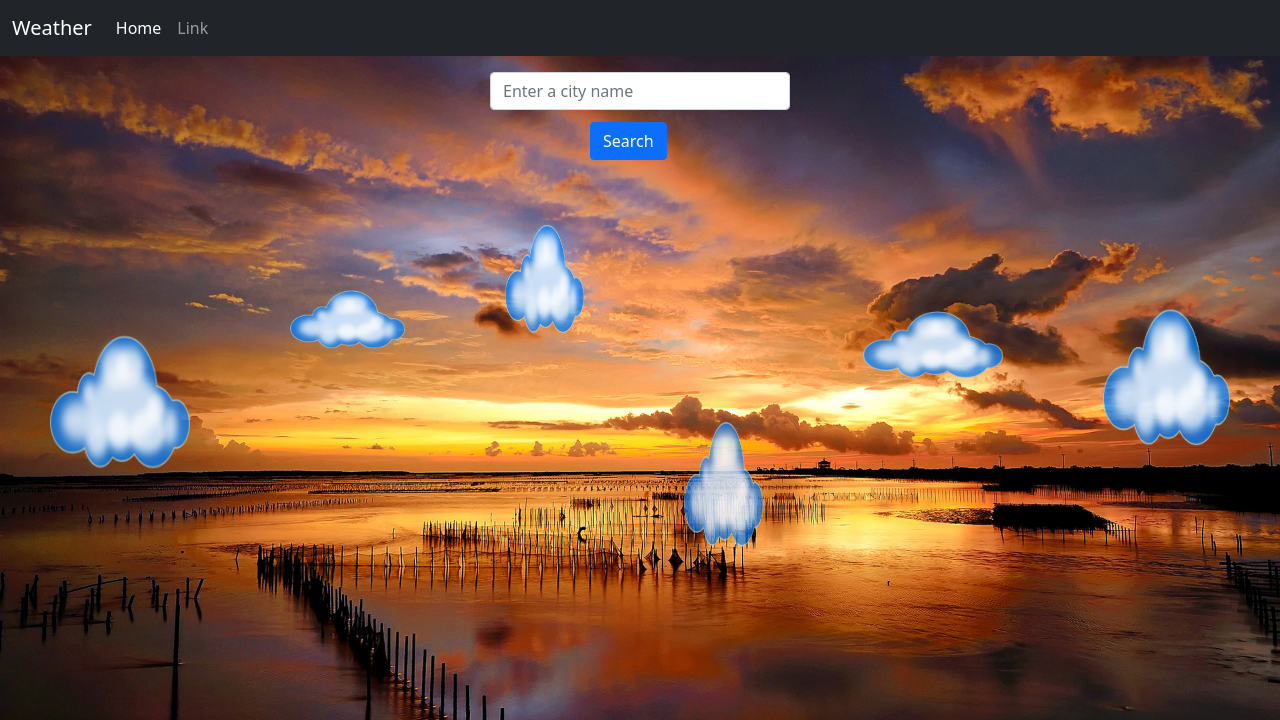
Repository: rohitbharti258/Project_Weather_finder
Page: index.html
An editor plug-in stored every save of this project. The page is shown before and after the next save, followed by the edit.
The browser window is 1280 px wide. The pictures show the whole page.

Above is the page before, as saved 2022-02-28 13:25:28.

### index.html
<!DOCTYPE html>
<html lang="en">

<head>
    <meta charset="UTF-8">
    <meta http-equiv="X-UA-Compatible" content="IE=edge">
    <meta name="viewport" content="width=device-width, initial-scale=1.0">
    <title>Weather App</title>
    <link rel="stylesheet" href="style.css">
    <link href="https://cdn.jsdelivr.net/npm/bootstrap@5.1.3/dist/css/bootstrap.min.css" rel="stylesheet"
        integrity="sha384-1BmE4kWBq78iYhFldvKuhfTAU6auU8tT94WrHftjDbrCEXSU1oBoqyl2QvZ6jIW3" crossorigin="anonymous">
</head>

<body>
    <nav class="navbar navbar-expand-lg navbar-dark bg-dark">
        <div class="container-fluid">
            <a class="navbar-brand" href="#">Weather</a>
            <button class="navbar-toggler" type="button" data-bs-toggle="collapse"
                data-bs-target="#navbarSupportedContent" aria-controls="navbarSupportedContent" aria-expanded="false"
                aria-label="Toggle navigation">
                <span class="navbar-toggler-icon"></span>
            </button>
            <div class="collapse navbar-collapse" id="navbarSupportedContent">
                <ul class="navbar-nav me-auto mb-2 mb-lg-0">
                    <li class="nav-item">
                        <a class="nav-link active" aria-current="page" href="#">Home</a>
                    </li>
                    <li class="nav-item">
                        <a class="nav-link" href="#">Link</a>
                    </li>
                </ul>
            </div>
        </div>
    </nav>
    <div class="cloud">
        <img class="animae" src="./cloud.png" alt="" srcset="">
        <img class="animae" src="./cloud.png" alt="" srcset="">
        <img class="animae" src="./cloud.png" alt="" srcset="">
        <img class="animae" src="./cloud.png" alt="" srcset="">
        <img class="animae" src="./cloud.png" alt="" srcset="">
        <img class="animae" src="./cloud.png" alt="" srcset="">
    </div>
    <div class="container my-3">
        <div class="form">
        <!-- <form class="row g-3 ">  -->
            <div class="col-auto" style="width: 300px;">
                <input type="text" class="form-control" id="inputPassword2" placeholder="Enter a city name">
            </div>
            <div class="col-auto">
                <button type="submit" class="btn btn-primary mb-3">Search</button>
            </div>
        <!-- </form> -->
        </div>
    <!-- </div> -->
    <div class="weatherBox">

    </div>
    </div>
    <script src="index.js"></script>
    <!-- <script src="https://cdn.jsdelivr.net/npm/@popperjs/core@2.10.2/dist/umd/popper.min.js"
        integrity="sha384-7+zCNj/IqJ95wo16oMtfsKbZ9ccEh31eOz1HGyDuCQ6wgnyJNSYdrPa03rtR1zdB"
        crossorigin="anonymous"></script>
    <script src="https://cdn.jsdelivr.net/npm/bootstrap@5.1.3/dist/js/bootstrap.min.js"
        integrity="sha384-QJHtvGhmr9XOIpI6YVutG+2QOK9T+ZnN4kzFN1RtK3zEFEIsxhlmWl5/YESvpZ13"
        crossorigin="anonymous"></script>
    <script type="module" src="https://unpkg.com/ionicons@5.5.2/dist/ionicons/ionicons.esm.js"></script>
    <script nomodule src="https://unpkg.com/ionicons@5.5.2/dist/ionicons/ionicons.js"></script> -->
</body>

<!-- // <img src="https://img.icons8.com/color/48/000000/wet.png"/>
// <img src="https://img.icons8.com/color/48/000000/partly-cloudy-day--v1.png"/>
// <img src="https://img.icons8.com/color/48/000000/rain--v2.png"/>  -->


</html>

### style.css
body {
    /* background:linear-gradient(180deg,#5959b3 0%,skyBlue 100%); */
    background: url("./img/bgimg.jpg");
    /* background: url("https://cdn.wallpapersafari.com/43/51/iQEfDy.jpg"); */
    background-repeat: no-repeat;
    background-size: cover;
    width: 100vw;
    height: 100vh;
}

.form {
    width: 300px;
    margin: 0 auto;
}
.cloud{
    display: flex;
    justify-content: space-around;
    align-items: center;
    position: absolute;
    bottom:0px;
    min-width:100%;
    transition: all 0.4s;

}

.cloud img{
    width:150px;
    height:100px;
    opacity:0;
    animation: cloud 7s linear infinite;
}
@keyframes cloud {
    0%{
        transform: translateY(0);
        opacity:0;
    }
    10%,20%{
        opacity:0.3;
    }
    30%,50%{

        opacity:1;
    }
    70%{

        opacity:1;
    }
    100%{
        transform: translateY(-80vh);
        opacity:1;
    }
}
.cloud img:nth-child(1){
    animation-delay: 2s;
}
.cloud img:nth-child(2){
    animation-delay: 1s;
}
.cloud img:nth-child(3){
    animation-delay: 0.5s;
}
.cloud img:nth-child(4){
    animation-delay: 3s;
}
.cloud img:nth-child(5){
    animation-delay: 1.3s;
}
.cloud img:nth-child(6){
    animation-delay: 1.7s;
}
.weatherBox {
    margin-left: 120px;
    width: 235px;
    height: 300px;
    margin: 0 auto;
    z-index: 1000;
}

.Box {
    display: flex;
    flex-direction: column;
    width: 100%;
    box-shadow: 0px 20px 20px rgba(255, 255, 255, 0.3);
    height: 100%;
    /* border:2px solid; */
    /* border-color: linear-gradient(red,blue); */
    border-radius: 10px;
}

.temp {
    margin-bottom: 15px;
    display: flex;
    justify-content: space-around;
    flex-direction: column;
    float: right;
    font-size: 13px;
    position: absolute;
    right: 40px;
    font-family: -apple-system, BlinkMacSystemFont, 'Segoe UI', Roboto, Oxygen, Ubuntu, Cantarell, 'Open Sans', 'Helvetica Neue', sans-serif;
}

.tempNow {
    text-align: center;
}

.minmax {
    display: flex;
    justify-content: center;
    /* display: none; */
}

.minmax :first-child {
    margin-right: 5px;
}

.cardBox {
    /* border: 2px solid red; */
    width: 100%;
    height: 100%;
    position: relative;
    display: flex;
    justify-content: center;
    align-items: center;
    z-index: 10;
    background: linear-gradient( 135deg, #2196f3, #00bcd4);
    /* border-radius: 20px; */
    /* border-bottom: 2px solid red; */
}

.content {
    width: 100%;
    height: 170px;
    /* border: 1px solid green; */
    /* border: 1px solid #009688; */
    /* border-radius: 20px; */
    border-top: none;
    padding: 30px;
    position: relative;
    backdrop-filter: blur(10px);
    background: linear-gradient( 45deg, black, transparent);
}


/* .content::before{
    content: "";
    position: absolute;
    top: -15px;
    width: 16px;
    left: -1px;
    z-index: 1;
    background: linear-gradient(45deg,black,transparent);
        backdrop-filter:blur(10px);
    height: 16px; */


/* } */


/* .content::after{
    content: "";
    position: absolute;
    top: -12px;
    width: 1px;
    right: -1px; background:#009688;
    height: 10px;
} */

.location {
    display: flex;
    justify-content: space-between;
}

.weather {
    display: flex;
    justify-content: space-between;
}

img {
    width: 22px;
    height: 22px;
}

span p {
    text-align: center;
}

.cardinfo {
    width: 350px;
    display: flex;
}

.date {
    position: absolute;
    top: 0;
    right: 10px;
}

.name {
    position: absolute;
    top: 0;
    left: 10px;
}

.cloudinfo img {
    width: 68px;
    height: 68px;
}

.cloudinfo p {
    font-size: 13px;
    color: rgb(15, 7, 7);
    text-align: center;
}

.content span {
    text-align: center;
}

span p {
    font-size: 10px;
    color: white;
    text-align: center;
    display: flex;
    flex-direction: column;
    align-items: center;
    margin: 0;
}

.form :nth-child(2) {
    margin: 12px auto;
    width: 100px;
}

### index.js
console.log("Weather app")
const btn = document.querySelector(".btn");
const input = document.querySelector(".form-control");
const api = "51d41d6f1c399b2abc7a3fcbfbb057c7";
const weatherBox = document.querySelector(".weatherBox")
let city = "";
const arr = ["Jan", "Feb", "Mar", "Apr", "May", "Jun", "Jul", "Aug", "Sep", "Oct", "Nov", "Dec"];
btn.addEventListener("click", (e) => {
    console.log(e);
    e.preventDefault();
    let str2 = ""
    city = input.value;
    console.log(city)
    input.value = ""
    const xhr = new XMLHttpRequest();
    xhr.open("GET", `https://api.openweathermap.org/data/2.5/weather?q=${city}&appid=${api}`, true);

    xhr.onload = function () {
        let obj = JSON.parse(this.responseText);
        console.log(obj.cod)
        if (obj.cod === 429) {
            str2 += obj.message;
            weatherBox.innerHTML = str2;
        } else
            if (this.status == 200) {

                let ob = [];
                // console.log(ob.push(...obj))/
                let cardbox = document.querySelector(".cardBox");
                let content = document.querySelector(".content")
                str = "";
                str2 = "";
                let sunrise = displayEndtime(obj.sys.sunrise);
                let sunset = displayEndtime(obj.sys.sunset);
                let date = displayDay();
                let c = `&#8451`;
                if (obj.cod == "404") {

                } else {
                    str += `
            <div class="Box">
                <div class="cardBox">
                    <div class="cloudinfo">
                      <img src=${"./img/"}${obj.weather[0].main}${".png"}>
                      <p>${obj.weather[0].main}${" | "}${"Feels like "}${(obj.main.feels_like - 273).toFixed(0)}${c}</p>
                    </div>
                    <div class="name">
                       <span>${obj.name}${" ,"}${obj.sys.country}</span>
                    </div>
                    <div class="date">
                       <p>${date}</p>
                    </div>
                    <div class="temp">
                        <span class="tempNow">${(obj.main.temp - 273.15).toFixed(0)}${c}</span>
                        <div class="minmax">
                           <span class="mintemp">${(obj.main.temp_min - 273.15).toFixed(0)}${c}</span>
                           <span class="maxtemp">${(obj.main.temp_max - 273.15).toFixed(0)}${c}</span>
                        </div>
                    </div>
                </div>
                <div class="content">
                    <div class="weather">
                        <span class="humidity"><img src="./img/blur.png"/>
                           <p>${obj.main.humidity}${"%"}</p>
                           <p>Humidity</p>
                        </span>
                        <span class="wind"><img src="./img/wind.png"/>
                           <p>${obj.wind.speed}${"m/s"}</p>
                           <p>Wind</p>
                        </span>
                        <span class="sunrise"> <img src="./img/sunrise.png"/>
                           <p>${sunrise}</p>
                           <p>Sunrise</p>
                        </span>
                    </div>
                    <div class="location">
                        <span class="lat">  <img src="./img/latitude.png"/>
                          <p>${obj.coord.lat.toFixed(2)}</p>
                          <p>Latitude</p>
                        </span>
                        <span class="lon"> <img src="./img/longitude.png"/>
                          <p>${obj.coord.lon.toFixed(2)}</p><p>Longitude</p></span>
                        <span class="sunrise"><img src="./img/sunset.png"/>
                          <p>${sunset}</p>
                          <p>Sunset</p>
                        </span>
                    </div>
                </div>
            </div>`;
                    weatherBox.innerHTML = str;
                    // console.log(str);
                }
            } else {
                console.log("error");
                str2 += "City not found";
                weatherBox.innerHTML = str2;
            }
    }
    xhr.send();
});

function displayEndtime(tstamp) {
    const end = new Date(tstamp);

    const hour = end.getHours();
    const min = end.getMinutes();
    const dis = `${hour > 12 ? hour - 12 : hour}:${min < 10 ? "0" : ""}${min}`;
    return dis;
}

function displayDay() {
    const end = new Date();

    const date = end.getDate();
    const mon = end.getMonth();
    const dis = `${arr[mon]}${","}${date}`;
    return dis;
}

const animae = document.querySelectorAll(".animae");
function randomsize(min,max){
    min=Math.ceil(40);
    max  =Math.ceil(150);
    return Math.floor(Math.random() * (max-min)) + min;

}
function size() {
    for (let index = 0; index < animae.length; index++) {
        console.log("size")
        animae[index].style.width = randomsize() + 'px';
        animae[index].style.height = randomsize() + 'px';
    }
}

window.addEventListener("load", size);

After the next save:
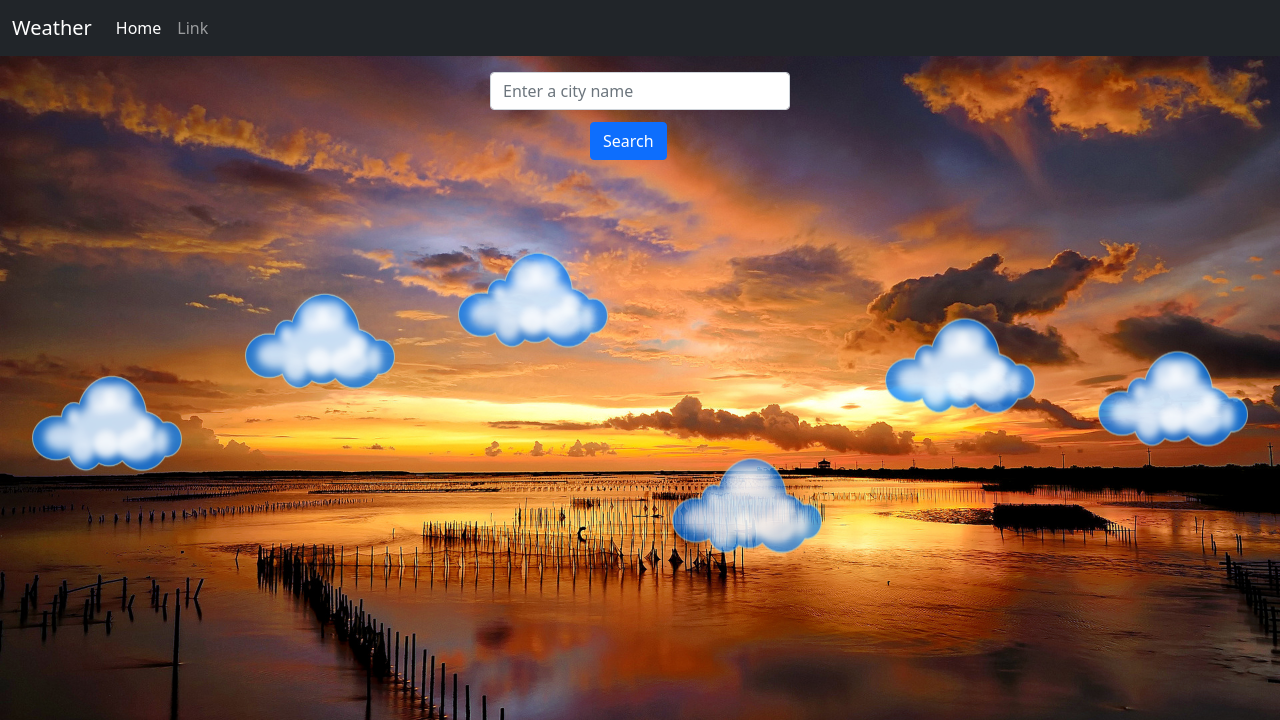
Saved 11 s later.
--- a/index.js
+++ b/index.js
@@ -117,19 +117,19 @@ function displayDay() {
     return dis;
 }
 
-const animae = document.querySelectorAll(".animae");
-function randomsize(min,max){
-    min=Math.ceil(40);
-    max  =Math.ceil(150);
-    return Math.floor(Math.random() * (max-min)) + min;
+// const animae = document.querySelectorAll(".animae");
+// function randomsize(min,max){
+//     min=Math.ceil(40);
+//     max  =Math.ceil(150);
+//     return Math.floor(Math.random() * (max-min)) + min;
 
-}
-function size() {
-    for (let index = 0; index < animae.length; index++) {
-        console.log("size")
-        animae[index].style.width = randomsize() + 'px';
-        animae[index].style.height = randomsize() + 'px';
-    }
-}
+// }
+// function size() {
+//     for (let index = 0; index < animae.length; index++) {
+//         console.log("size")
+//         animae[index].style.width = randomsize() + 'px';
+//         animae[index].style.height = randomsize() + 'px';
+//     }
+// }
 
-window.addEventListener("load", size);
+// window.addEventListener("load", size);
